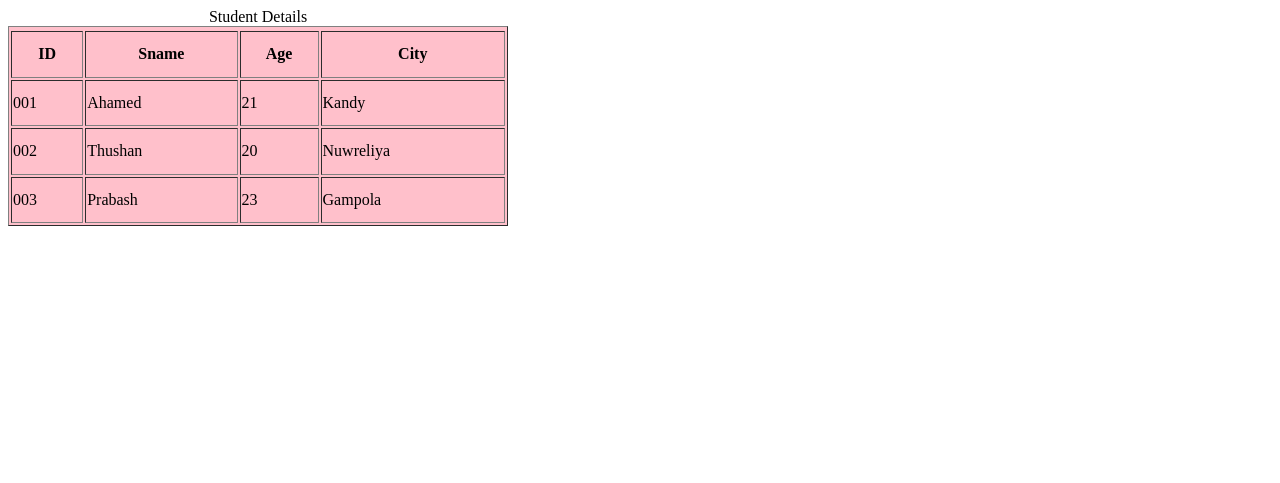
Repository: Haakim19/WebDevelopment
Page: new.html
The author's editor kept a copy of each file at every save. The page is drawn from the files as they stood at one save, then again after the next save.
The browser window is 1280 px wide. The pictures show the whole page.

Above is the page before, as saved 2024-10-10 14:34:15.

After the next save:
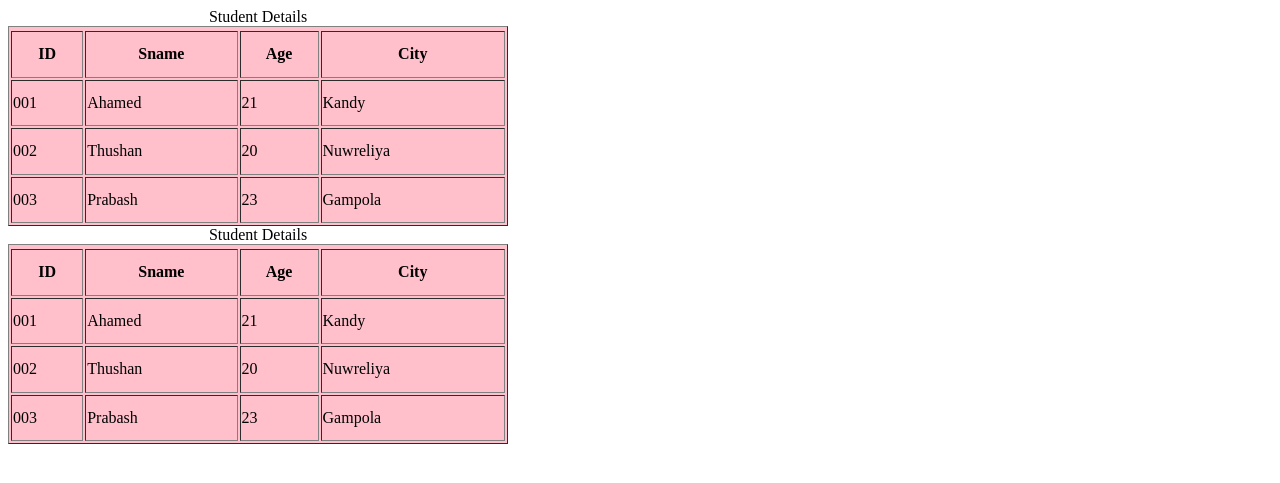
Saved 8 min 29 s later.
--- a/new.html
+++ b/new.html
@@ -39,5 +39,31 @@
 			</tr>
 		</table>
 	</div>
+	<div class="table">
+		<table  border="1" width="500px" height="200px" bgcolor="pink">
+			<tr class="row-heading">
+				<caption >Student Details</caption>
+				<th>ID</th> <th>Sname</th> <th>Age</th> <th>City</th>
+			</tr>
+			<tr class="row-data">
+				<td>001</td>
+				<td>Ahamed</td>
+				<td>21</td>
+				<td>Kandy</td>
+			</tr>
+			<tr class="row-data">
+				<td>002</td>
+				<td>Thushan</td>
+				<td>20</td>
+				<td>Nuwreliya</td>
+			</tr>
+			<tr class="row-data">
+				<td>003</td>
+				<td>Prabash</td>
+				<td>23</td>
+				<td>Gampola</td>
+			</tr>
+		</table>
+	</div>
 </body>
 </html>
